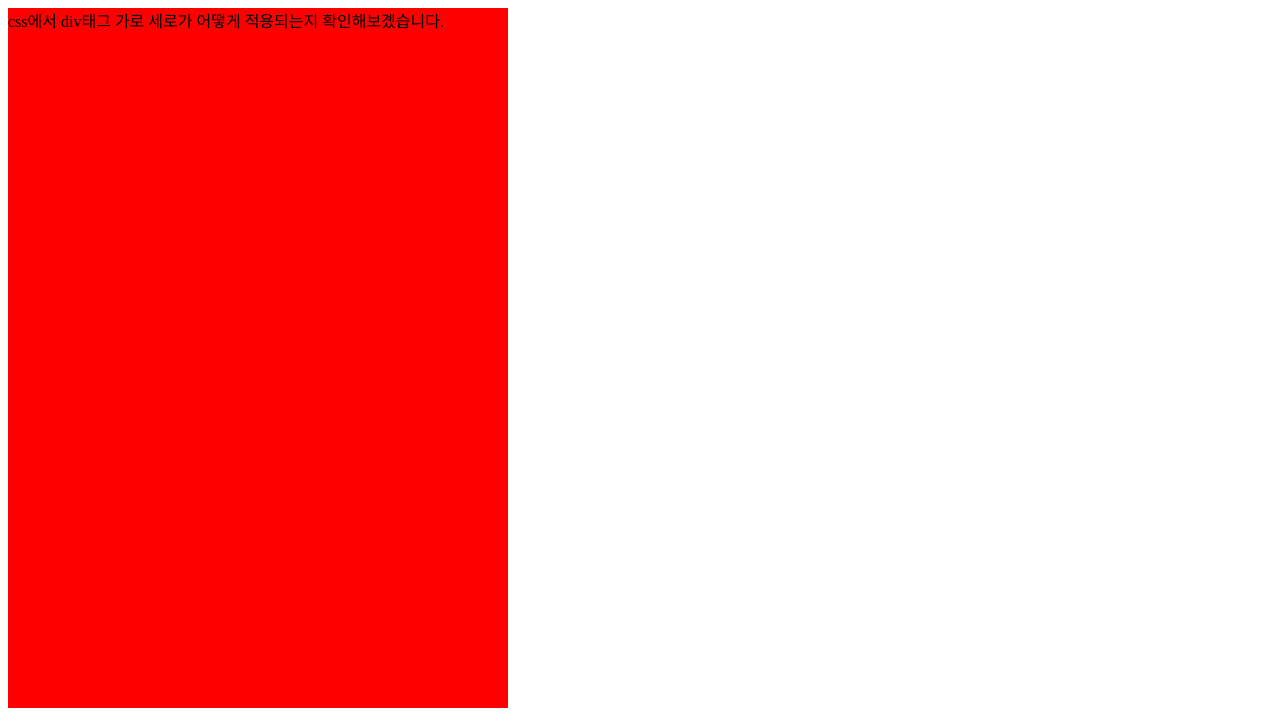
Repository: jeemaru/htme_01
Page: css_02/ex_01.html
An editor plug-in stored every save of this project. The page is shown before and after the next save, followed by the edit.
The browser window is 1280 px wide. The pictures show the whole page.

Above is the page before, as saved 2022-04-07 01:05:54.

After the next save:
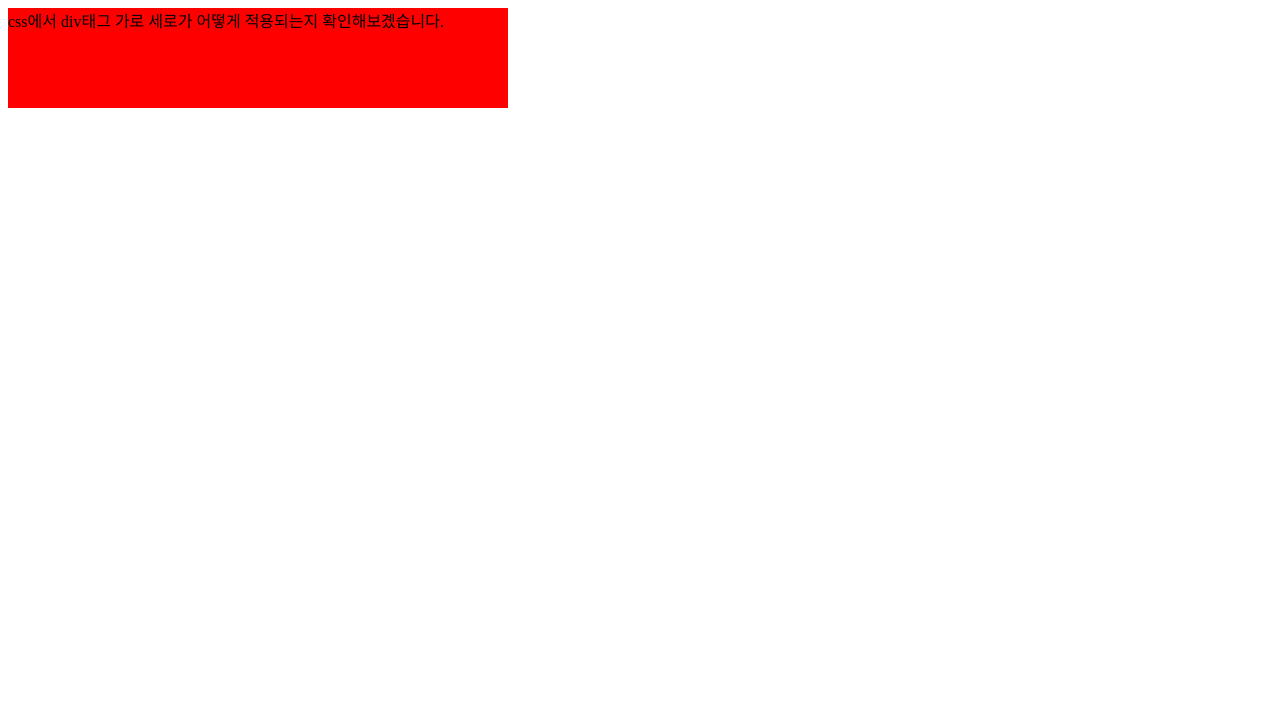
Saved 7 s later.
--- a/css_02/ex_01.html
+++ b/css_02/ex_01.html
@@ -10,7 +10,7 @@
 
         	.box-red {background-color: #ff0000;
         			  width: 500px;
-        			  height: 700px;}
+        			  height: 100px;}
 
 
         </style>
